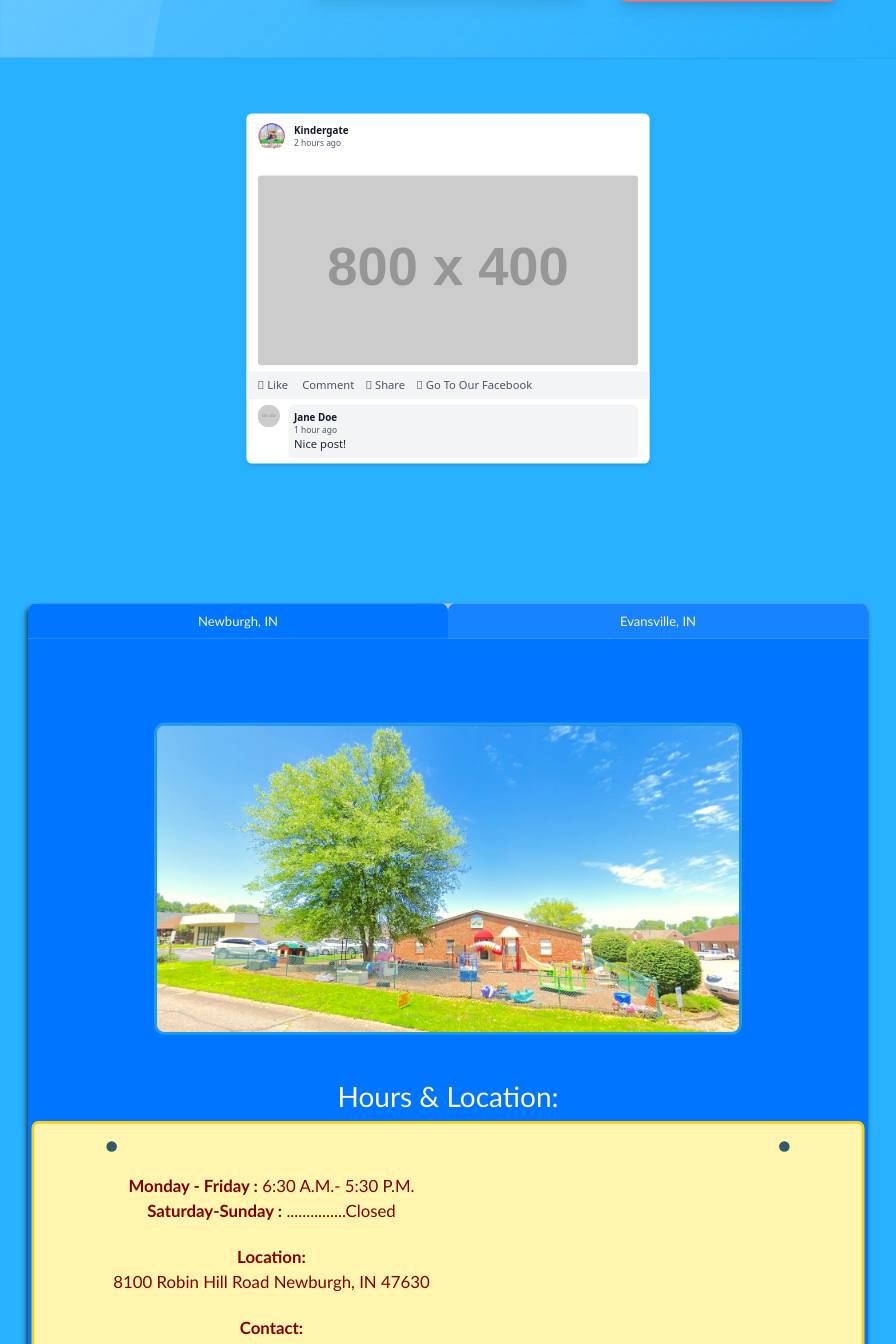
Repository: Parkerboling1/Kindergate-Final-Copy-copy
Page: index.html
The author's editor kept a copy of each file at every save. The page is drawn from the files as they stood at one save, then again after the next save.
The browser window is 1280 px wide. The pictures show the part of the page from y = 2146 to 4066 px (the page is 4666 px tall before and 4761 px after), at 70% of full size.
Pictures or frames that could not be fetched are drawn as grey boxes. Some web libraries are served in a nearby version.

Above is the page before, as saved 2024-06-04 12:38:26.
Console error: TypeError: Cannot read properties of null (reading 'addEventListener')

After the next save:
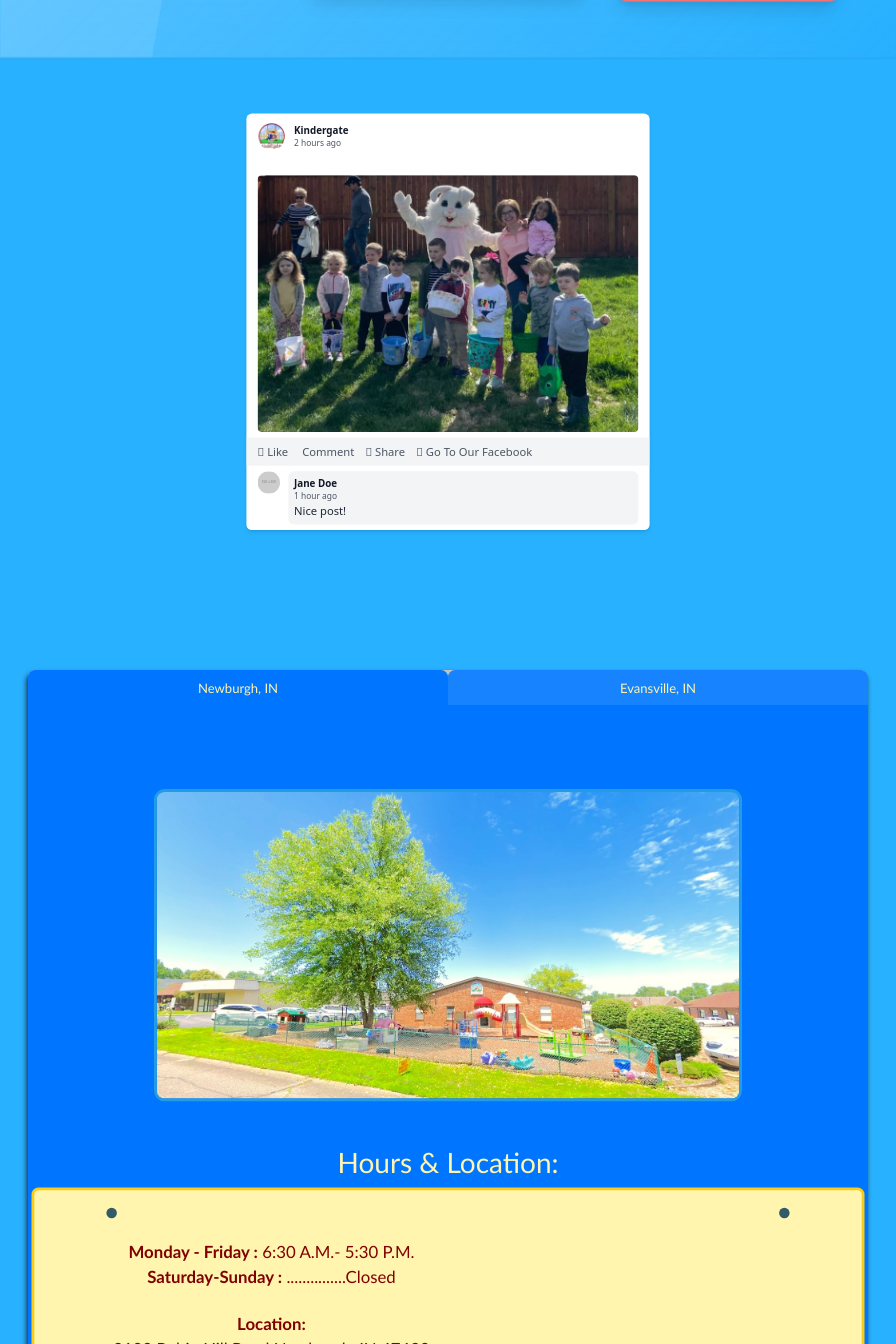
Saved 50 s later.
--- a/index.html
+++ b/index.html
@@ -216,7 +216,7 @@
             <p class="text-gray-800"></p>
         </div>
         <div class="px-4 py-2">
-            <img class="w-full h-auto rounded-md" src="https://via.placeholder.com/800x400" alt="Post Image">
+            <img class="w-full h-auto rounded-md" src="./assets/prek1b/kids3.jpeg" alt="Post Image">
         </div>
         <div class="flex items-center justify-between px-4 py-2 bg-gray-100">
             <div class="flex items-center space-x-4">
